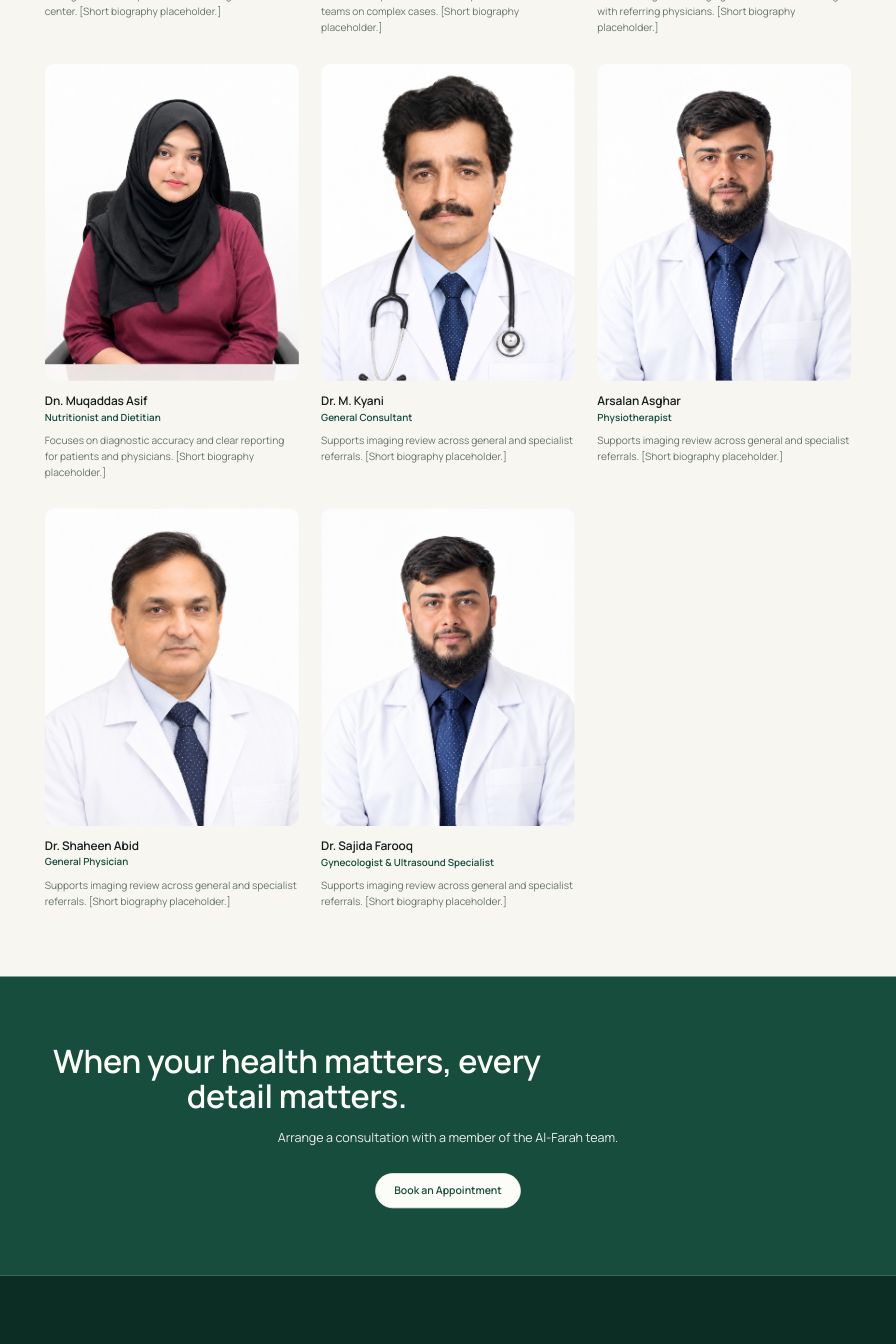
Repository: mraeesaziz45/al-farah
Page: team.html
An editor plug-in stored every save of this project. The page is shown before and after the next save, followed by the edit.
The browser window is 1280 px wide. The pictures show the part of the page from y = 3650 to 5570 px (the page is 5934 px tall), at 70% of full size.

Above is the page before, as saved 2026-09-08 18:21:11.

After the next save:
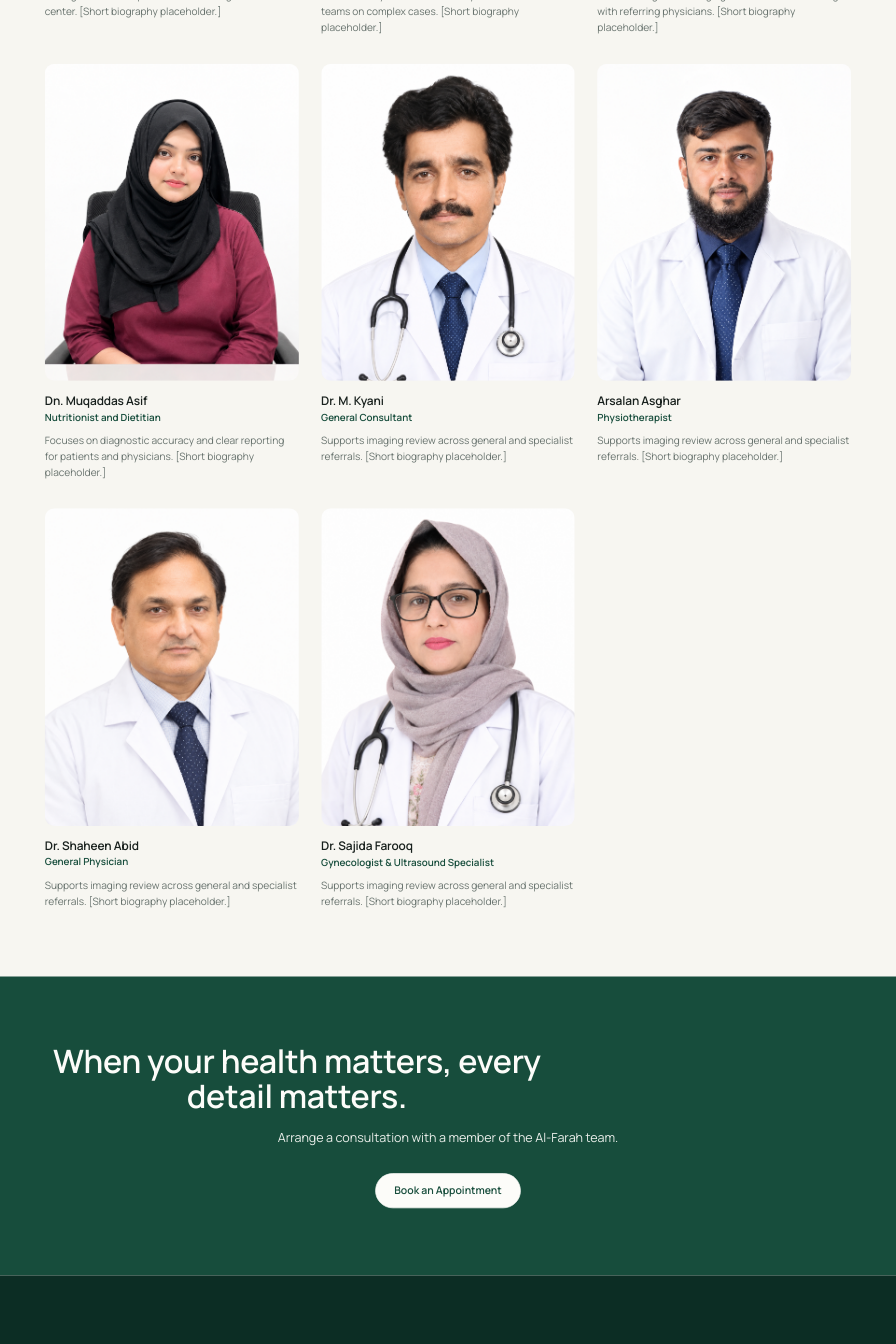
Saved 15 s later.
--- a/team.html
+++ b/team.html
@@ -199,7 +199,7 @@
         </div>
         <div class="team-card" data-reveal>
           <div class="team-card-media">
-            <img src="assets/images/team/arsalan.png" alt="Portrait placeholder for a radiologist" width="1000" height="1250" loading="lazy" decoding="async">
+            <img src="assets/images/team/dr-sajida.png" alt="Portrait placeholder for a radiologist" width="1000" height="1250" loading="lazy" decoding="async">
           </div>
           <h3 class="h4">Dr. Sajida Farooq</h3>
           <span class="role">Gynecologist &amp; Ultrasound Specialist</span>
